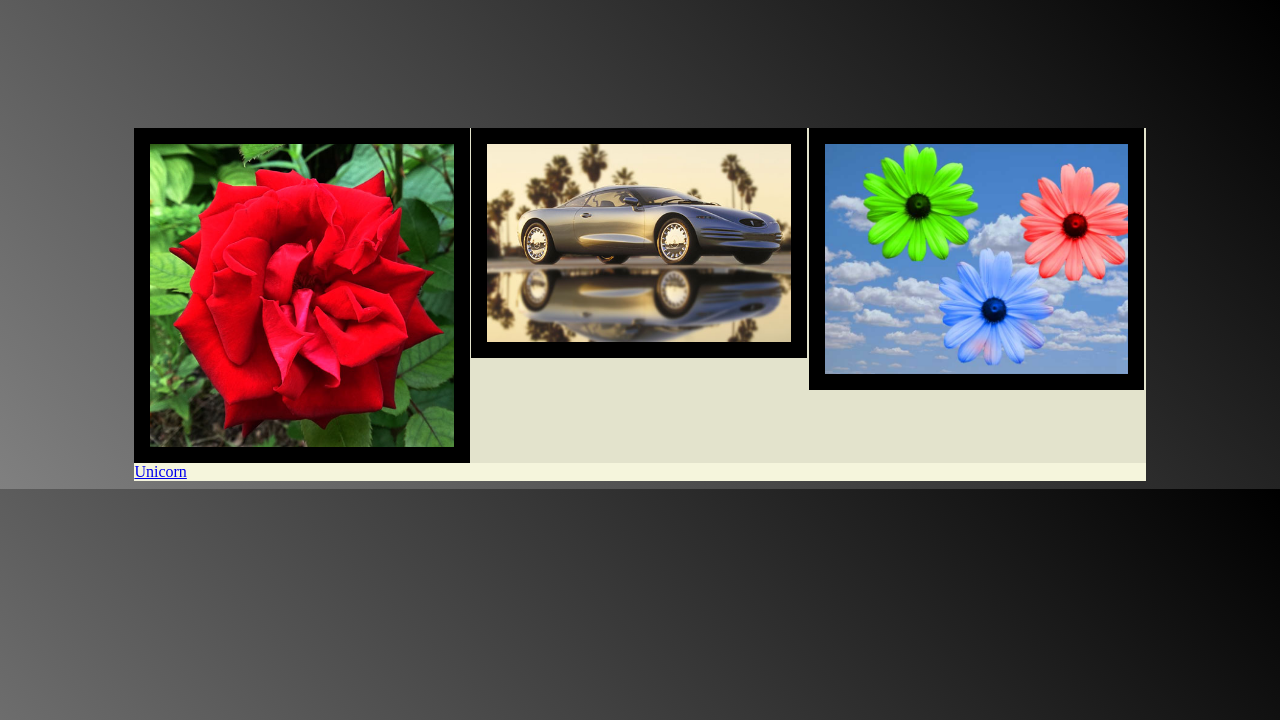
Repository: ViggoSkj/VGY
Page: ovningar/photoshopovning/photoshopovning.html
The author's editor kept a copy of each file at every save. The page is drawn from the files as they stood at one save, then again after a run of saves.
The browser window is 1280 px wide. The pictures show the whole page.

Above is the page before, as saved 2022-11-27 12:07:05.

### ovningar/photoshopovning/photoshopovning.html
<!DOCTYPE html>
<html lang="en">
    <head>
        <meta charset="UTF-8">
        <meta http-equiv="X-UA-Compatible" content="IE=edge">
        <meta name="viewport" content="width=device-width, initial-scale=1.0">
        <title>Document</title>
        <link rel="stylesheet" href="public/css/style.css">
    </head>
    <body class="photoshopovningar">
        <div class="container">
            <div class="images">
                <img src="public/images/ros_edited.jpg" alt="ros">
                <img src="public/images/bil_edited.jpg" alt="bil">
                <img src="public/images/sky_and_flower.jpg" alt="1 röd, 1, blå och 1 grönn blomma på en himmel">
            </div>

            <div id="myfooter">
                <a href="https://validator.w3.org/unicorn/check?ucn_uri=labb.vgy.se/~viggosg/ovningar/photoshopovningar.html&ucn_task=conformance">Unicorn</a>
             </div>
        </div>
    </body>
</html>

### ovningar/photoshopovning/public/css/style.css
body
{
    background-image: linear-gradient(45deg, gray, black);
}

.container
{
    background-color: beige;
    margin: auto;
    margin-top: 8em;
    width: 80%;
}

img
{
    width: 90%;
    padding: 1em;
    background-color: black;
}

.images
{
    display: grid;
    grid-template-columns: 1fr 1fr 1fr;
    background-color: rgba(0, 0, 0, 0.075);

}

After the next 2 saves:
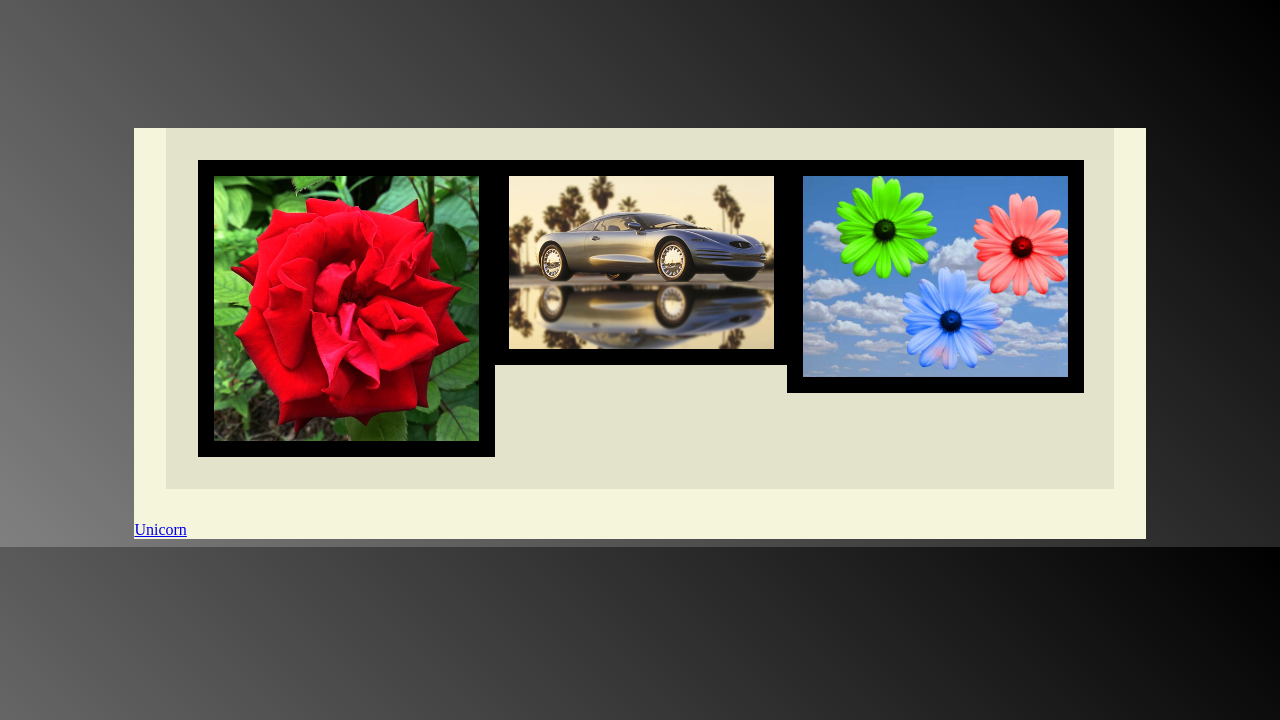
The 2 saves are shown as one change because they came seconds apart.
The last was saved 16 s later.
--- a/ovningar/photoshopovning/public/css/style.css
+++ b/ovningar/photoshopovning/public/css/style.css
@@ -23,5 +23,6 @@ img
     display: grid;
     grid-template-columns: 1fr 1fr 1fr;
     background-color: rgba(0, 0, 0, 0.075);
-
+    padding: 2em;
+    margin: 2em;
 }
